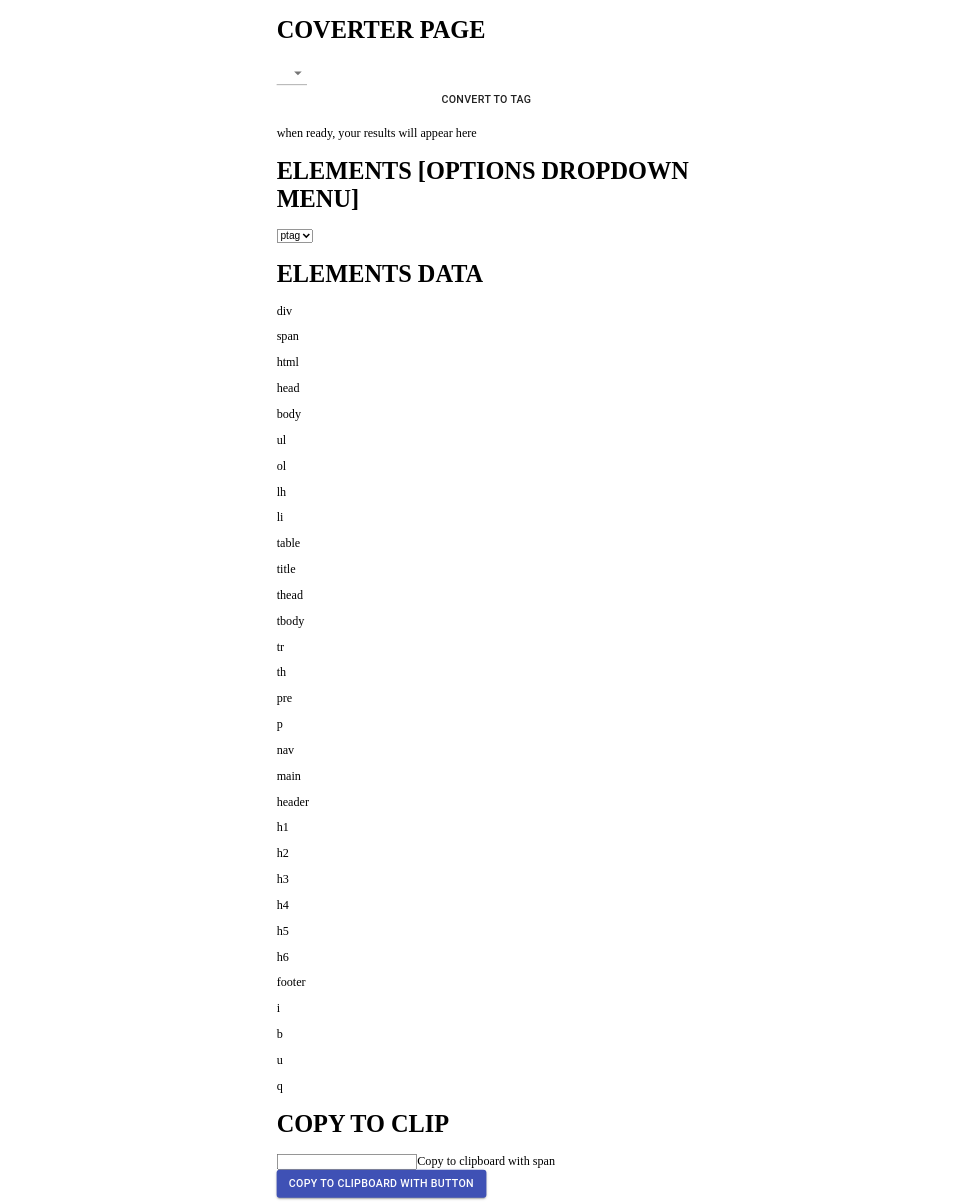
Repository: DevLuDaley/element-generator
Page: /
The author's editor kept a copy of each file at every save. The page is drawn from the files as they stood at one save, then again after the next save.
The browser window is 1280 px wide. The pictures show the whole page, at 76% of full size.
The project was rebuilt for these pictures with package versions that can differ from the ones it lists, and the page was loaded fresh each time. Also part of the build but not shown: webpack.config.js, src/components/optionsArray.js.

Above is the page before, as saved 2020-12-23 20:11:05.

### public/index.html
<!-- ! index.html -->
<!DOCTYPE html>
<html lang="en">
<head>
    <meta charset="UTF-8">

    <meta  name="viewport"
  content="minimum-scale=1, initial-scale=1, width=device-width">
  <link rel="stylesheet" href="https://fonts.googleapis.com/icon?family=Material+Icons" />
    <title>React Element Generator</title>
</head>
<body>
    <div id="root"></div>
    <noscript>
        Please enable Javascript to view this site.
    </noscript>
    <script src="../dist/bundle.js"></script>
</body>
</html>

### src/index.js

import { render } from 'react-dom'
import React from 'react';
import ReactDOM from 'react-dom';
import { Provider } from 'react-redux'
import { BrowserRouter as Router } from 'react-router-dom';
// import reportWebVitals from './reportWebVitals';

import configureStore from './store/configureStore';
import App from './App';

const store = configureStore()

// render(
ReactDOM.render(
  <Provider store={store}>
    <Router>
        <React.StrictMode>
            <App/>
        </React.StrictMode>
    </Router>
  </Provider>,
  document.getElementById('root')
);

// if (module.hot) {
//    module.hot.accept('../dist/print.js', function() {
//      console.log('GREAT JOB LU!');
//      printMe();
//    })
//  }

// If you want to start measuring performance in your app, pass a function
// to log results (for example: reportWebVitals(console.log))
// or send to an analytics endpoint. Learn more: https://bit.ly/CRA-vitals
// reportWebVitals();

### src/store/configureStore.js
// import { createStore, applyMiddleware, compose, combineReducers } from 'redux'
import thunk from 'redux-thunk'

import { applyMiddleware, compose, createStore } from 'redux'
import thunkMiddleware from 'redux-thunk'
import { composeWithDevTools } from 'redux-devtools-extension'
// import mealsReducer from './mealsReducer'
import monitorReducersEnhancer from '../enhancers/monitorReducer'
import loggerMiddleware from '../middleware/logger'
import rootReducer from '../reducers/reducer'

export default function configureStore(preloadedState) {
  const middlewares = [loggerMiddleware, thunkMiddleware]
//   const middlewares = [loggerMiddleware, thunk]
  const middlewareEnhancer = applyMiddleware(...middlewares)

  const enhancers = [middlewareEnhancer, monitorReducersEnhancer]
//   const composedEnhancers = compose(...enhancers)
  const composedEnhancers = composeWithDevTools(...enhancers)

  const store = createStore(rootReducer, preloadedState, composedEnhancers)

  if (process.env.NODE_ENV !== 'production' && module.hot) {
    module.hot.accept('../reducers/reducer', () => store.replaceReducer(rootReducer))
  }

  return store
}

### src/App.js
import React, { Fragment} from 'react'
import '../public/App.css'
import MainContainer from './containers/MainContainer'

const App = () => {
    return (
            <Fragment>
                <section className="App">
                </section>
                <MainContainer/>
            </Fragment>
           );
}
export default App;

### src/reducers/reducer.js
import { combineReducers } from 'redux';
import converterReducer from './converterReducer'

const rootReducer = combineReducers({
  converterReducer
})

export default rootReducer

### src/containers/MainContainer.js
import React from 'react'
import ConverterPage from '../components/ConverterPage'
const MainContainer = () => {
    return (
        <div>
            <ConverterPage/>
        </div>
    )
}

export default MainContainer

### src/reducers/converterReducer.js
const intialState = {elements: []}

export default function loadRecipesReducer(state = intialState, action) {
// debugger
    switch (action.type) {
        case 'LOAD_ELEMENT':
            // const baseQuery = action.payload["results"][0]
            const baseQuery = action.payload
        // console.log('🚀 ~ line 11 ~ recipesReducer ~ baseQuery', baseQuery);

            return {elements: baseQuery}

        // case 'ADD_ELEMENT':
        //     let newRecipe = action.payload
        //     return {...state.loadRecipes, loadRecipes: state.recipes.concat(newRecipe)}

        default:
            // return {...state}
            return state
    }

}

### src/components/ConverterPage.js
import React, { Fragment, useState, useEffect }from 'react'
import { Grid, Container, Box, FormControl, FormGroup, Modal, Input, InputLabel, Button, Checkbox, Select, MenuItem } from '@material-ui/core';

import Elements from '../components/Elements'
import ElementsData from './ElementsData'
import {optionsArray} from './optionsArray'
import {CopyToClipboard} from 'react-copy-to-clipboard';
import CopyToClip from './CopyToClip'


const ConverterPage = () => {
    var [name, setName] = useState("")
    var [confirmed, setConfirmed] = useState(false)
    const [type, setType] = useState('')
    const [value, setValue] = useState('')
    const [copied, setCopied] = useState(false)

    const handleSubmit = (e) => {
        e.preventDefault();
        setConfirmed(true)
        console.log('🚀 ~ file: ConverterPage.js ~ line 8 ~ onSubmit', "CLICKED")
    }

    console.log("YUP", optionsArray[1])
    console.log("YUP", optionsArray[5]);
    console.log("VALUES", optionsArray.map(ele => ele.key));
    return (
        <Fragment>
        <Container maxWidth="sm">
            <h1>COVERTER PAGE</h1>
            {/* <Box component="span" m={1} color="text.primary"> */}
            {/* <Box color="text.primary" clone></Box> */}
        <div>


 <FormControl >
        {/* <InputLabel id="demo-simple-select-label">Element-Type</InputLabel> */}
        <Select
          labelId="demo-simple-select-label"
          id="demo-simple-select"
        //   value={1}
          onChange={handleSubmit}
        >
    { optionsArray ?
        optionsArray.map(option => <MenuItem value={option.value}>
            {option.key}
        </MenuItem>)
        : "null"
    }
        </Select>
      </FormControl>

            <FormGroup id='convert-to-element-form' onSubmit={handleSubmit}>



                {/* <Checkbox type="text" name="pTag"
                // onClick={e => setName(e.target.value)}
                onClick={e => console.log(e.target)}

                /> */}

              {/* <InputLabel> Enter text to be converted </InputLabel>
                <Input type="text" placeholder='enter text...' value={name} name="name" onChange={e => setName(e.target.value)}/> */}

                <Button onClick={handleSubmit} type="submit" variant="raised" color="primary">
                        Convert to Tag
                </Button>
              </FormGroup>

              {/* <Button variant="contained"
              color="primary"
              onClick={(e) => {console.log("value of e.target => ", e.target)}}
                            type="copy"> Copy Text to clipboard
              </Button> */}
              <br>
              </br>
              { confirmed ?
                    <section name={name}>
                    &lt;option&gt;
                    <br></br>
                    { name }
                    <br></br>
                    &lt;/option&gt;
                    </section>
                    :
                    <Box color="primary">

                    when ready, your results will appear here
                    </Box>
                           }
        </div>
        {/* </Box> */}
        <Elements/>
        <ElementsData/>
        <CopyToClip/>
        {/* </Box> */}
        </Container>
        </Fragment>
    )
}


// const mapStateToProps = state => {
//     // console.log('state.loadRecipesReducer 1', state.loadRecipesReducer);
//     // console.log('state.loadRecipesReducer.loadedRecipes 2', state.loadRecipesReducer.loadedRecipes);
//     // const loadResults = state.loadRecipesReducer.loadedRecipes

//     // loadResults.map(load => load.title)
//     return(
//         {
//             // meals: state.loadRecipesReducer.meals,
//             name: state.name
//         }
//     )
// }

export default ConverterPage

### src/components/Elements.js
import React, {Fragment} from 'react'

const Elements = () => {
    const p = "&lt;"
    var pTags// = `&lt;/p&gt;`

    return (<Fragment>
    <h1>ELEMENTS [OPTIONS DROPDOWN MENU]</h1>

<select>
<option
    value="&lt;p&gt; &lt;/p&gt;"
>ptag
</option>

<option
value="&lt;H1&gt; &lt;/H1&gt;"
>H1
</option>

<option
value="&lt;H2&gt; &lt;/H2&gt;"
>H2
</option>

    &lt;H1&gt;
    &lt;/H1&gt;

    &lt;H2&gt;
    &lt;/H2&gt;

    &lt;H3&gt;
    &lt;/H3&gt;

    &lt;H4&gt;
    &lt;/H4&gt;

    &lt;H5&gt;
    &lt;/H5&gt;

    &lt;H6&gt;
    &lt;/H6&gt;
</select>

    {/* {p} */}

    </Fragment>)
}
export default Elements;

### src/components/ElementsData.js
import React, {Fragment, useState} from 'react'
import {optionsArray} from './optionsArray'
// &lt;
// &gt;
const ElementData = () => {

// const wordSplit = elementsArray[1].split(" ")
const wordSplit = optionsArray //.split(" ")
// const [startTag, endTag] =  wordSplit
// console.log("wordSplit", wordSplit)
// console.log("wordSplit[0]", wordSplit[0]["div"])
return (
    <Fragment>
    <h1>ELEMENTS DATA</h1>
    {optionsArray ? optionsArray.map(op => <p>
    {op.key}
    </p>
    ): null}
        {/* {elementsArray[1]} */}
        {/* {wordSplit[0]} text that needs to be divd
        {" " + wordSplit[1]} */}
        {/* {wordSplit} */}
        {/* {startTag + " "}
        things
        {" " + endTag} */}
    </Fragment>  );
}
export default ElementData;

### src/components/CopyToClip.js
import React, { Fragment, Component, useState, useEffect }from 'react'
import Elements from './Elements'
import ElementsData from './ElementsData'
import {CopyToClipboard} from 'react-copy-to-clipboard';
import Button from '@material-ui/core/Button';


    class CopyToClip extends Component {
        constructor(props) {
            super(props);
            this.state = {
                name: "",
                confirmed:false,
                value:'',
                copied: false
              }
        }
        handleSubmit = (e) => {
        e.preventDefault();
        // setConfirmed(true)
        // console.log('🚀 ~ file: ConverterPage.js ~ line 8 ~ onSubmit', name)
    }
        render() {
            return(
    // const [] = setState([])
    <Fragment>
    <h1>COPY TO CLIP</h1>
            <div>
        <input value={this.state.value}
          onChange={({target: {value}}) => this.setState({value, copied: false})} />

        <CopyToClipboard text={this.state.value}
          onCopy={() => this.setState({copied: true})}>
          <span>Copy to clipboard with span</span>
        </CopyToClipboard>

        <CopyToClipboard text={this.state.value}
          onCopy={() => this.setState({copied: true})}>
          <Button variant="contained" color="primary">Copy to clipboard with button</Button>
        </CopyToClipboard>

        {this.state.copied ? <span style={{color: 'red'}}>Copied.</span> : null}
            </div>
        </Fragment>


        )
    }
}


// const mapStateToProps = state => {
//     // console.log('state.loadRecipesReducer 1', state.loadRecipesReducer);
//     // console.log('state.loadRecipesReducer.loadedRecipes 2', state.loadRecipesReducer.loadedRecipes);
//     // const loadResults = state.loadRecipesReducer.loadedRecipes

//     // loadResults.map(load => load.title)
//     return(
//         {
//             // meals: state.loadRecipesReducer.meals,
//             name: state.name
//         }
//     )
// }
export default CopyToClip

Loaded but not shown: src/enhancers/monitorReducer.js (common file); src/middleware/logger.js (common file); public/App.css (common file)

After the next save:
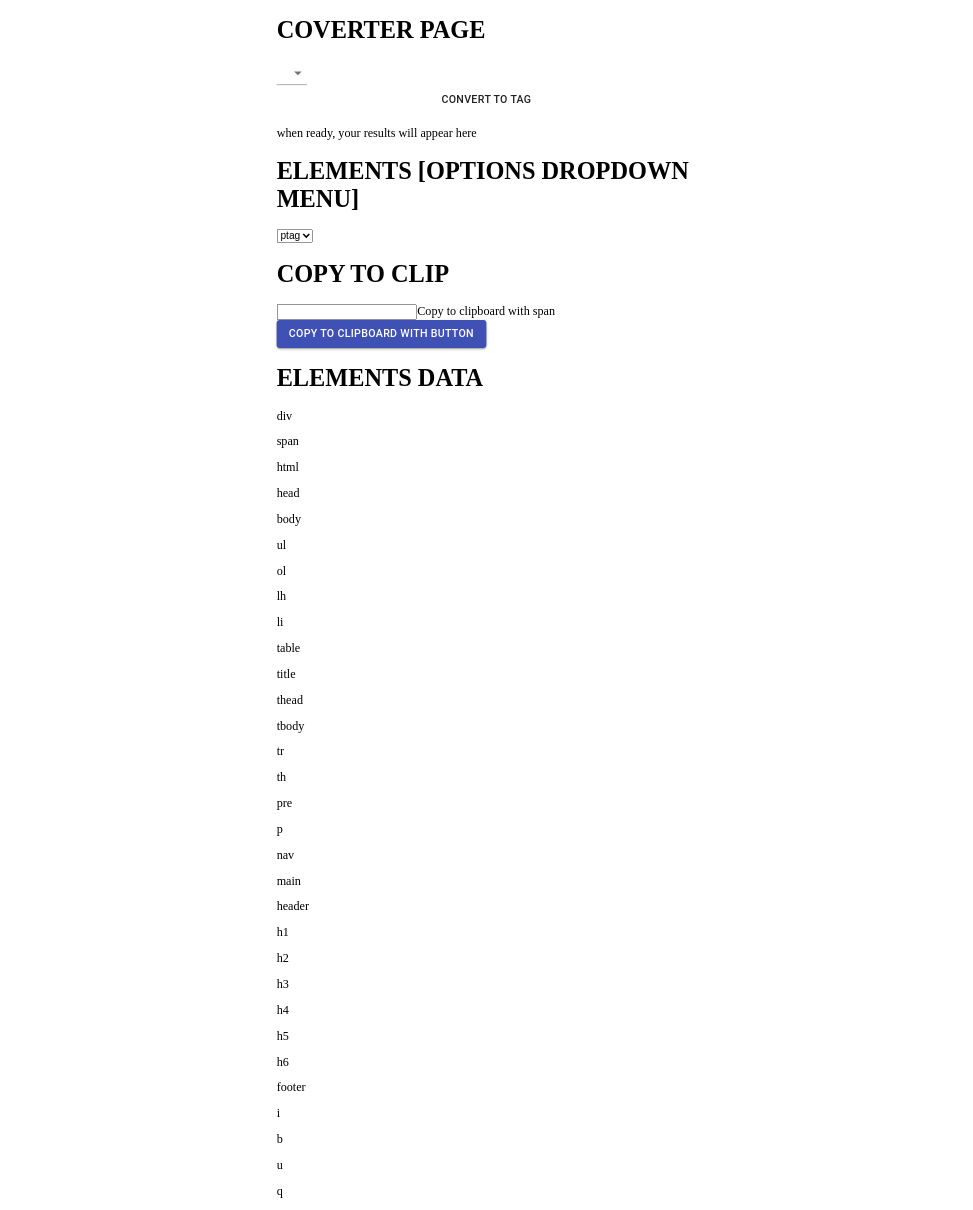
Saved 19 s later.
--- a/src/components/ConverterPage.js
+++ b/src/components/ConverterPage.js
@@ -92,8 +92,8 @@ const ConverterPage = () => {
         </div>
         {/* </Box> */}
         <Elements/>
+        <CopyToClip/>
         <ElementsData/>
-        <CopyToClip/>
         {/* </Box> */}
         </Container>
         </Fragment>
